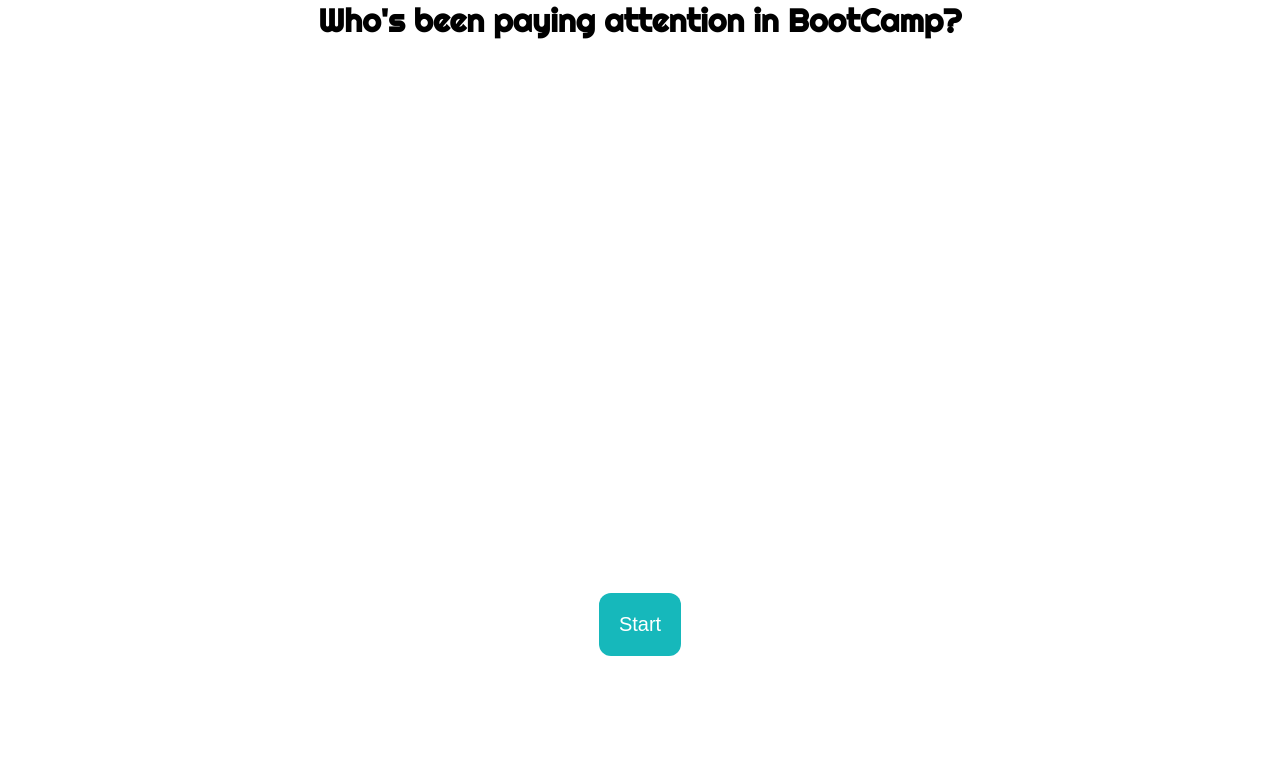
Repository: kkyler24/Quizlet
Page: Quiz.html
The author's editor kept a copy of each file at every save. The page is drawn from the files as they stood at one save, then again after the next save.
The browser window is 1280 px wide. The pictures show the whole page.
Some web libraries are served in a nearby version.

Above is the page before, as saved 2020-03-16 01:24:56.

After the next save:
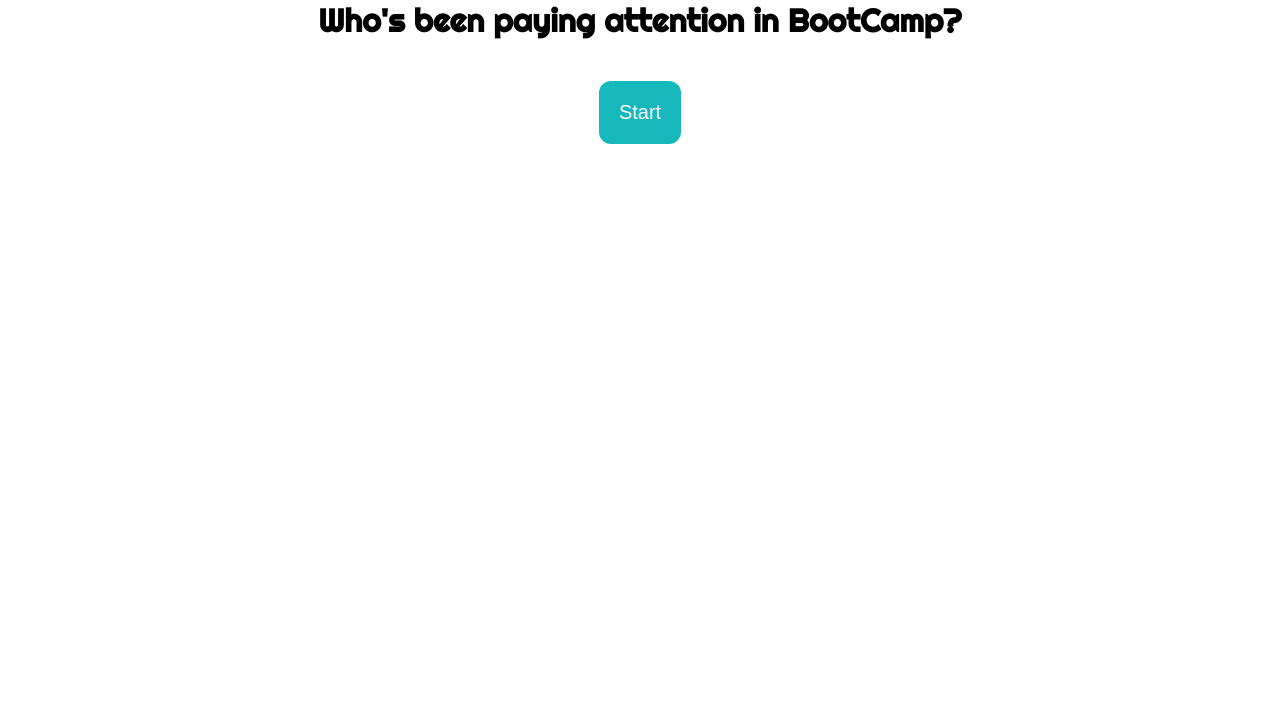
Saved 27 s later.
--- a/DevOpsFiles/Style.css
+++ b/DevOpsFiles/Style.css
@@ -6,7 +6,7 @@ body{
 
 .flex-container {
     display: flex;
-    margin-top: 40%;
+    margin-top: auto;
     justify-content: center;
     align-items: center;
     flex-direction: column;
@@ -56,7 +56,7 @@ font-size: 20PX;
 
 .time{
   position: relative;
-  margin-top: 10%;
+  margin-top: 40%;
   text-align: center;
 }
 
